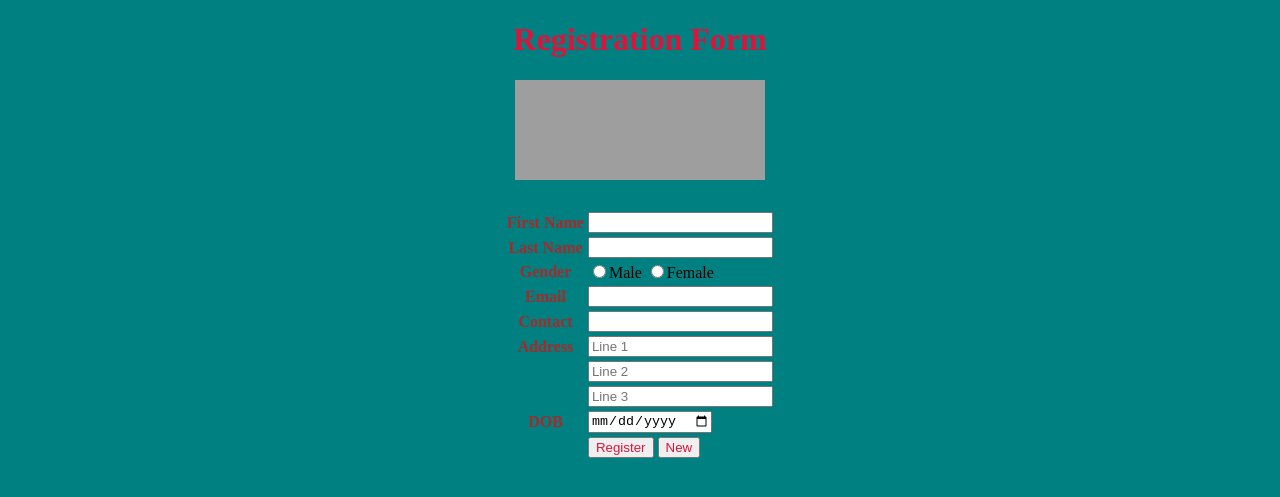
Repository: raviraj226/AdvanceJava
Page: http://localhost/Ravi_Maven/RegistrationForm.jsp
An editor plug-in stored every save of this project. The page is shown before and after the next save, followed by the edit.
The browser window is 1280 px wide. The pictures show the whole page.
Pictures or frames that could not be fetched are drawn as grey boxes. The page is served by Tomcat 9. Other server files are loaded and not shown.

Above is the page before, as saved 2022-03-11 11:05:27.

### Advance Java/Ravi_Maven/src/main/webapp/RegistrationForm.jsp
<%@ page language="java" contentType="text/html; charset=ISO-8859-1"
    pageEncoding="ISO-8859-1"%>
<!DOCTYPE html>
<html>
<head>
<meta charset="ISO-8859-1">
<title>Insert title here</title>
</head>
<body bgcolor="teal">
<h1 align="center" style="color:crimson;">Registration Form</h1>
    <h1 align="center"><img src="D:\Learning Java\UI\download.png" width="250px" height="100px"></h1>
    <form>
        <table align="center">
            <tr>
                <th><label for="fName" style="color: brown;">First Name</label></th>
                <td><input id="fname" type="text"></td>
            </tr>
            <tr>
                <th><label for="fName" style="color: brown;">Last Name</label></th>
                <td><input id="fname" type="text"></td>
            </tr>
            <tr>
                <th><label for="fname" style="color: brown;">Gender</label></th>
                <td>
                    <input type="radio" name="new">Male
                    <input type="radio" name="new">Female
                </td>
            </tr>
            <tr>
                <th><label for ="email" style="color: brown;">Email</label></th>
                <td><input type ="email"> </td>
            </tr>
            <tr>
                <th>
                    <label for="fName" style="color: brown;">Contact</label>
                </th>
                <td>
                    <input type = "number" >
                </td>
            </tr>
            <tr>
                <th>
                    <label for="fName" style="color: brown;">Address</label>
                </th>
                <td>
                    <input type="fname" placeholder="Line 1">
                </td>
            </tr>
            <tr>
                <th>
                    <td>
                        <input type="fname" placeholder="Line 2">
                    </td>
                </th>
            </tr>
            <tr>
                <th>
                    <td>
                        <input type="fname" placeholder="Line 3">
                    </td>
                </th>
            </tr>
            <tr>
                <th>
                    <label for="fName" style="color: brown;">DOB</label>
                </th>
                <td>
                    <input type="date">
                </td>
            </tr>

            <tr>
                <th></th>
                <td>
                    <input type="submit" value="Register" style="color: crimson;">
                    <input type="button" value="New" style="color: crimson;">
                </td>
            </tr>
        </table>
    </form>
</body>
</html>

After the next save:
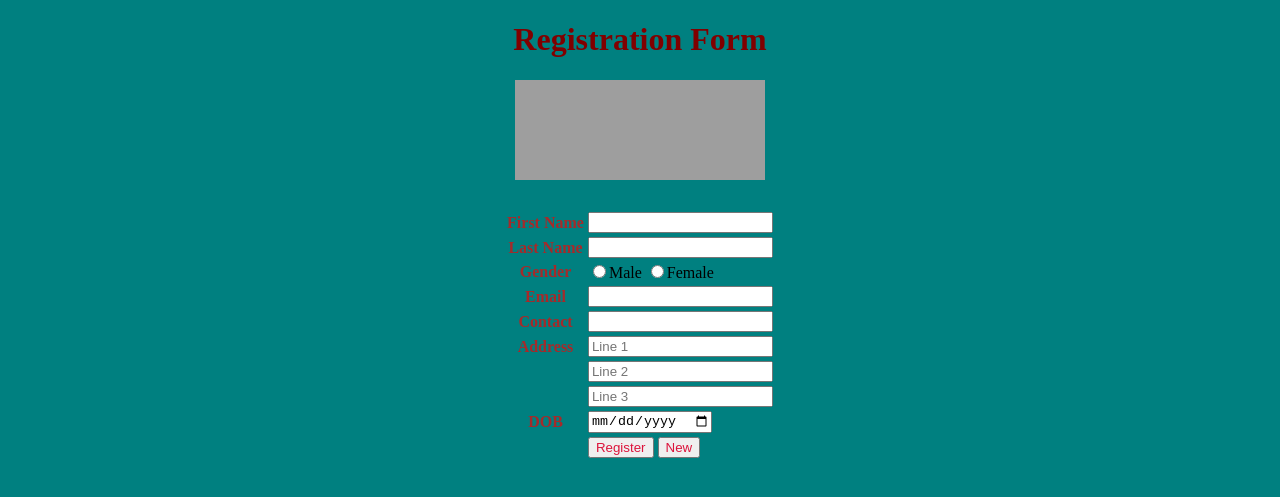
Saved 66 s later.
--- a/Advance Java/Ravi_Maven/src/main/webapp/RegistrationForm.jsp
+++ b/Advance Java/Ravi_Maven/src/main/webapp/RegistrationForm.jsp
@@ -7,7 +7,7 @@
 <title>Insert title here</title>
 </head>
 <body bgcolor="teal">
-<h1 align="center" style="color:crimson;">Registration Form</h1>
+<h1 align="center" style="color:maroon;">Registration Form</h1>
     <h1 align="center"><img src="D:\Learning Java\UI\download.png" width="250px" height="100px"></h1>
     <form>
         <table align="center">
